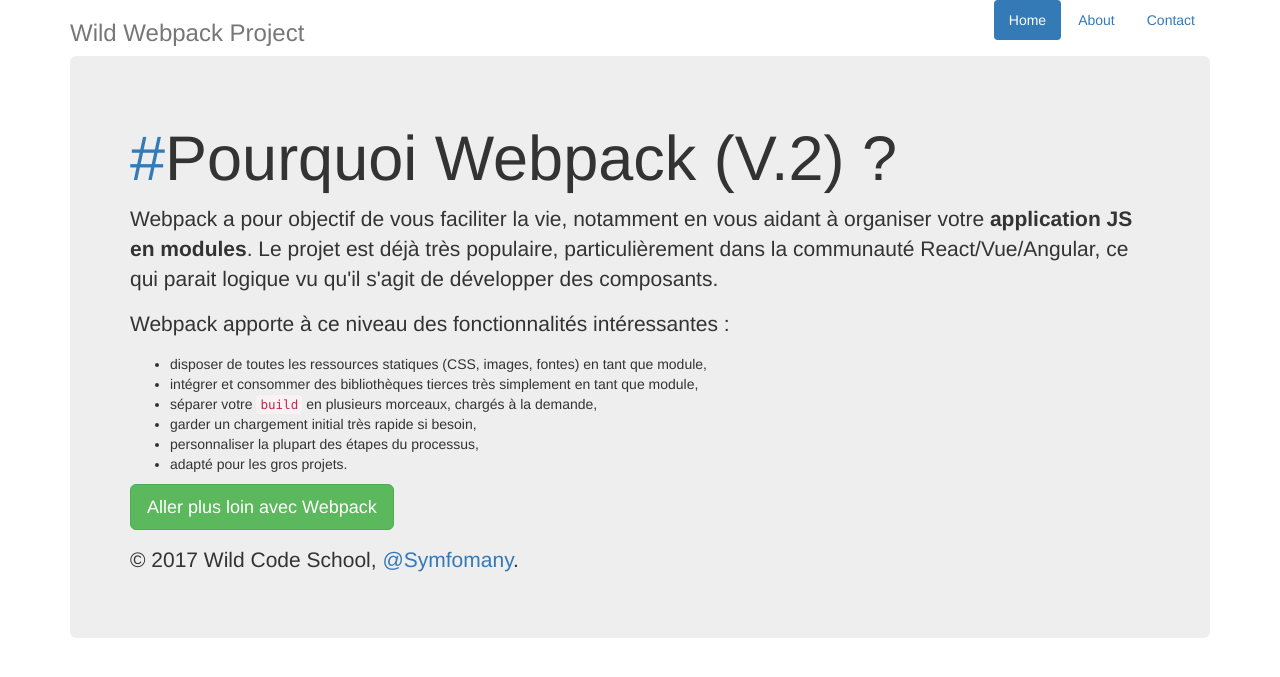
Repository: Symfomany/wildwebpack
Page: src/index.html
The author's editor kept a copy of each file at every save. The page is drawn from the files as they stood at one save, then again after the next save.
The browser window is 1280 px wide. The pictures show the whole page.

Above is the page before, as saved 2017-03-03 07:41:07.

### src/index.html
<!doctype html>
<html lang="fr">
<head>
  <meta charset="utf-8">
  <meta name="viewport" content="width=device-width, initial-scale=1">
  <title>Wild Webpack 2</title>
  <!--cdn Boostrap-->
  <link rel="stylesheet" type="" href="https://maxcdn.bootstrapcdn.com/bootstrap/3.3.7/css/bootstrap.min.css">
  <link href='http://fonts.googleapis.com/css?family=Roboto' rel='stylesheet' type='text/css'>

</head>
<body>
 <div class="container">
      <div class="header clearfix">
        <nav>
          <ul class="nav nav-pills pull-right">
            <li role="presentation" class="active"><a href="#">Home</a></li>
            <li role="presentation"><a href="#">About</a></li>
            <li role="presentation"><a href="#">Contact</a></li>
          </ul>
        </nav>
        <h3 class="text-muted">Wild Webpack Project</h3>
      </div>

      <div class="jumbotron">
        <div class="phenomic-BodyContainer" data-reactid="57"><h1 id="pourquoi-webpack-"><a href="#pourquoi-webpack-" class="phenomic-HeadingAnchor">#</a>Pourquoi Webpack (V.2) ?</h1>
          <p>Webpack a pour objectif de vous faciliter la vie, notamment en vous aidant à
          organiser votre <b>application JS en modules</b></a>.
          Le projet est déjà très populaire, particulièrement dans la communauté React/Vue/Angular, ce qui
          parait logique vu qu'il s'agit de développer des composants.</p>
          <p>Webpack apporte à ce niveau des fonctionnalités intéressantes :</p>
          <ul>
          <li>disposer de toutes les ressources statiques (CSS, images, fontes) en tant que
          module,</li>
          <li>intégrer et consommer des bibliothèques tierces très simplement en tant
          que module,</li>
          <li>séparer votre <code>build</code> en plusieurs morceaux, chargés à la demande,</li>
          <li>garder un chargement initial très rapide si besoin,</li>
          <li>personnaliser la plupart des étapes du processus,</li>
          <li>adapté pour les gros projets.</li>
          </ul>
        <p><a class="btn btn-lg btn-success" href="https://webpack.js.org/concepts/" role="button">Aller plus loin avec Webpack</a></p>
      </div>


      <footer class="footer">
        <p>© 2017 Wild Code School, <a href="https://twitter.com/Symfomany?lang=fr">@Symfomany</a>.</p>
      </footer>

    </div>
</body>
</html>

After the next save:
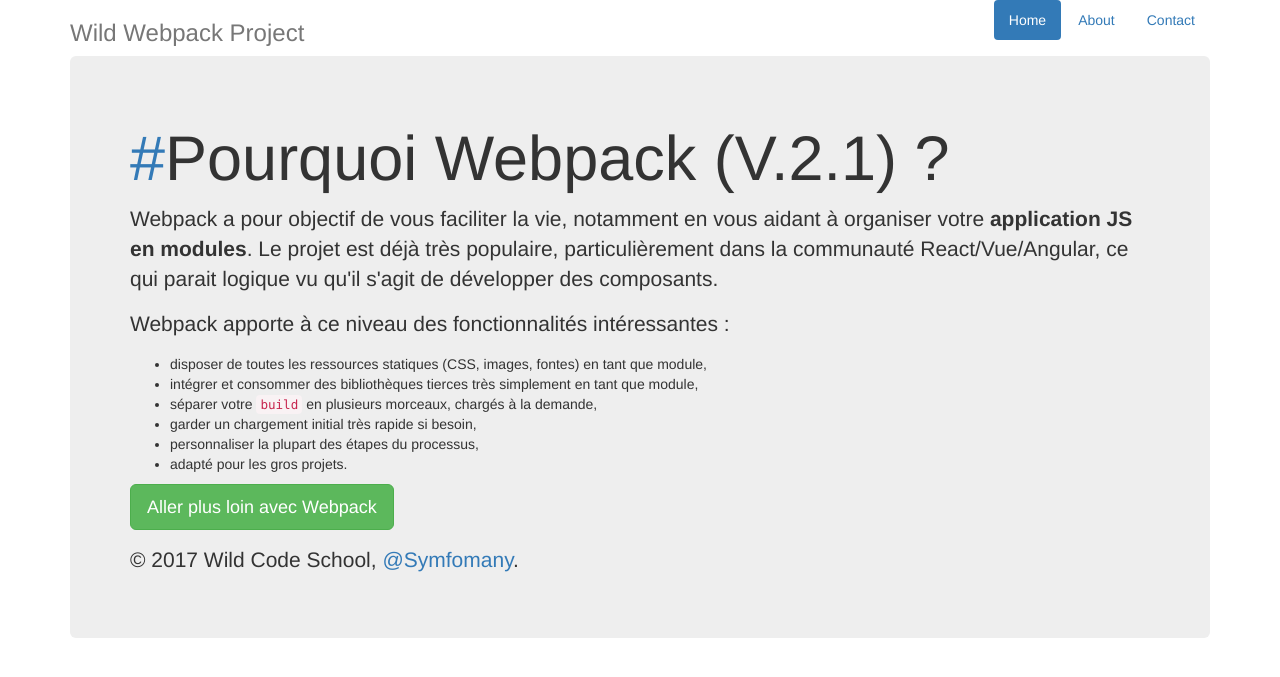
Saved 12 s later.
--- a/src/index.html
+++ b/src/index.html
@@ -23,7 +23,7 @@
       </div>
 
       <div class="jumbotron">
-        <div class="phenomic-BodyContainer" data-reactid="57"><h1 id="pourquoi-webpack-"><a href="#pourquoi-webpack-" class="phenomic-HeadingAnchor">#</a>Pourquoi Webpack (V.2) ?</h1>
+        <div class="phenomic-BodyContainer" data-reactid="57"><h1 id="pourquoi-webpack-"><a href="#pourquoi-webpack-" class="phenomic-HeadingAnchor">#</a>Pourquoi Webpack (V.2.1) ?</h1>
           <p>Webpack a pour objectif de vous faciliter la vie, notamment en vous aidant à
           organiser votre <b>application JS en modules</b></a>.
           Le projet est déjà très populaire, particulièrement dans la communauté React/Vue/Angular, ce qui

After the save that followed:
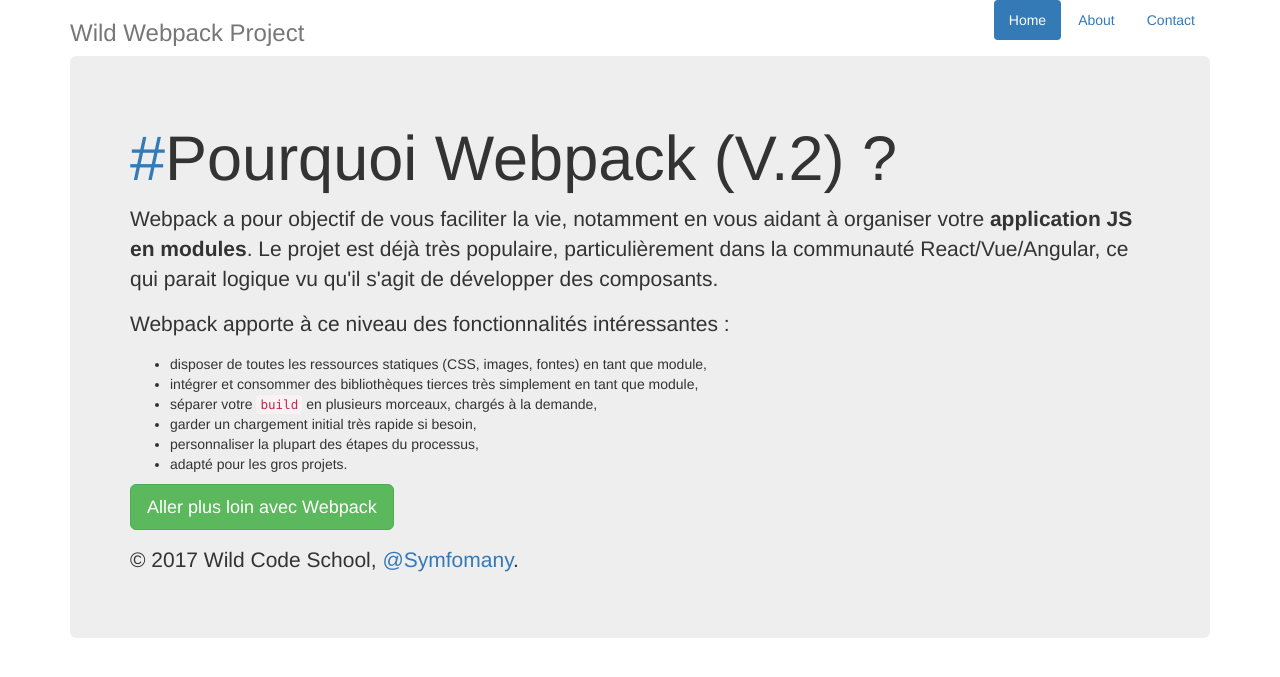
Saved 2 min 31 s later.
--- a/src/index.html
+++ b/src/index.html
@@ -23,7 +23,7 @@
       </div>
 
       <div class="jumbotron">
-        <div class="phenomic-BodyContainer" data-reactid="57"><h1 id="pourquoi-webpack-"><a href="#pourquoi-webpack-" class="phenomic-HeadingAnchor">#</a>Pourquoi Webpack (V.2.1) ?</h1>
+        <div class="phenomic-BodyContainer" data-reactid="57"><h1 id="pourquoi-webpack-"><a href="#pourquoi-webpack-" class="phenomic-HeadingAnchor">#</a>Pourquoi Webpack (V.2) ?</h1>
           <p>Webpack a pour objectif de vous faciliter la vie, notamment en vous aidant à
           organiser votre <b>application JS en modules</b></a>.
           Le projet est déjà très populaire, particulièrement dans la communauté React/Vue/Angular, ce qui
